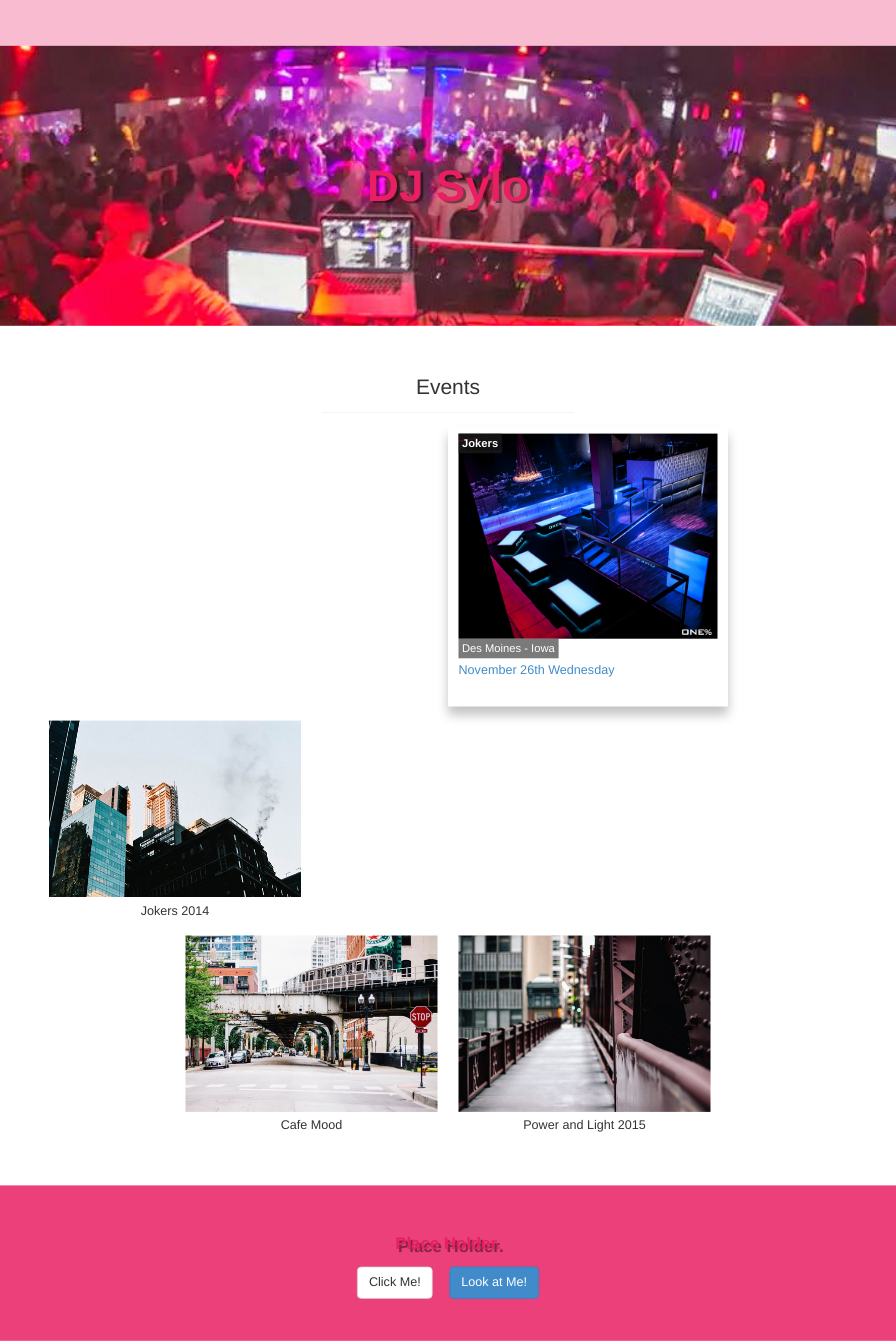
Repository: BambooXLotus/DjSylo
Page: client/index.html
The author's editor kept a record of every edit. The page is drawn from the files as they stood at one moment, then again after the next edit.
The browser window is 1280 px wide. The pictures show the part of the page from y = 1959 to 3879 px (the page is 4656 px tall), at 70% of full size.
Some icons come from a web library that is not loaded, so they are not drawn. Backgrounds fixed to the window are drawn as part of the page. Some web libraries are served in a nearby version.

Above is the page before.

### client/index.html
<!DOCTYPE html>
<html lang="en">

<head>
    <meta charset="utf-8">
    <meta name="viewport" content="width=device-width, initial-scale=1.0">
    <meta name="description" content="">
    <meta name="author" content="">
    <title>DJ Sylo</title>
    <!-- Bootstrap core CSS
        -->
    <link href="css/bootstrap.css" rel="stylesheet">
    <!-- Add custom CSS here -->
    <link href="css/stylish-portfolio.css" rel="stylesheet">
    <link href="//maxcdn.bootstrapcdn.com/font-awesome/4.1.0/css/font-awesome.min.css" rel="stylesheet">
    <link href="css/nanogallery.min.css" rel="stylesheet" type="text/css">
</head>

<body>
    <!-- Side Menu -->
    <nav class="navbar navbar-fixed-top navbar-inverse" role="navigation">
        <div class="container">
            <div class="navbar-header">
                <button type="button" class="navbar-toggle" data-toggle="collapse" data-target=".navbar-ex1-collapse">
                    <span class="sr-only">Toggle navigation</span>
                    <span class="icon-bar"></span>
                    <span class="icon-bar"></span>
                    <span class="icon-bar"></span>
                </button>
                <a class="navbar-brand" href="index.php">DJ <b>Sylo</b></a>
            </div>
            <!-- Collect the nav links, forms, and other content for toggling -->
            <div class="collapse navbar-collapse navbar-ex1-collapse">
                <ul class="nav navbar-nav">
                    <li>
                        <a href="#top">Home</a>
                    </li>
                    <li>
                        <a href="#about">Bio</a>
                    </li>
                    <li>
                        <a href="#gallery">Gallery</a>
                    </li>
                    <li>
                        <a href="#services">Services</a>
                    </li>
                    <li>
                        <a href="#portfolio">Events</a>
                    </li>
                    <li>
                        <a href="#portfolio">Discography</a>
                    </li>
                    <li>
                        <a href="#contact">Contact</a>
                    </li>
                </ul>
            </div>
            <!-- /.navbar-collapse -->
        </div>
        <!-- /.container -->
    </nav>
    <!-- /Side Menu -->
    <!-- Full Page Image Header Area -->
    <div id="top" class="header">
        <div class="vert-text">
            <div class="hero">
                <h1>DJ <b>Sylo</b></h1>
                <a href="#contact" class="btn btn-lg btn-default">Contact</a>
            </div>
        </div>
    </div>
    <!-- /Full Page Image Header Area -->
    <!-- Intro -->
    <div id="about" class="about">
        <div class="container">
            <div class="row">
                <div class="col-md-3 col-md-offset-1">
                    <img class="img-circle img-responsive circle-shadow" src="img/portrait-sm.jpg">
                </div>
                <div class="col-md-6 col-xs-12">
                    <div class="panel panel-default dialog">
                        <div class="panel-heading">
                            <h3>DJ Sylo</h3>
                        </div>
                        <div class="panel-body">
                            <h4>Kansas City, MO</h4>
                            <p>Style: Electronic, Pop, Hip hop.</p>
                            <p>Inpsirations: Calvin Harris, Zedd, Adventure CLub.</p>
                            <p>Musical flavor, stage presence, and a feel for the crowd, DJ Sylo's unique taste and style of music has touched dancefloors across Iowa, as well as the 2012 515 Alive electronic music festival. Sylo's presence is gaining notoriety
                                in both the club and the electronic dance music scene. Armed with her Numark NS7, DJ Sylo is now a member of iParty Crew's Sonic Crystals, a division created by Pri yon Joni; as well as a frequent booked artist by DJ Raj's
                                Eclipse Entertainment.</p>
                            <p>If you would like information on booking please contact me at <a href="sklovanrack@gmail.com">sklovanrack@gmail.com</a>
                            </p>
                        </div>
                    </div>
                </div>
            </div>
        </div>
    </div>
    <!-- /Intro -->
    <!-- Gallery -->
    <div id="gallery" class="gallery">
        <div class="container">
            <div class="row">
                <div class="col-md-6 col-md-offset-3 text-center">
                    <h2>Gallery</h2>
                </div>
            </div>
            <div class="row">
                <div class="col-md-10 col-md-offset-1 col-xs-12 text-center">
                    <div id="nanoGallery2"></div>
                </div>
            </div>
        </div>
    </div>
    <!-- /Gallery -->
    <!-- Services -->
    <div id="services" class="services">
        <div class="container">
            <div class="row">
                <div class="col-md-4 col-md-offset-4 text-center">
                    <h2>Our Services</h2>
                    <hr>
                </div>
            </div>
            <div class="row">
                <div class="col-md-offset-3 col-md-6">
                    <iframe width="100%" height="166" scrolling="no" frameborder="no" src="https://w.soundcloud.com/player/?url=https%3A//api.soundcloud.com/tracks/160960689&amp;color=ff5500&amp;auto_play=false&amp;hide_related=false&amp;show_comments=true&amp;show_user=true&amp;show_reposts=false"></iframe>
                </div>
            </div>
            <div class="row">
                <div class="col-md-2 col-md-offset-2 text-center">
                    <div class="service-item">
                        <i class="service-icon fa fa-rocket"></i>
                        <h4>Special Events</h4>
                        <p>6 hours of Djing, turn tables and sattelite speaker.</p>
                    </div>
                </div>
                <div class="col-md-2 text-center">
                    <div class="service-item">
                        <i class="service-icon fa fa-magnet"></i>
                        <h4>Problem Solving</h4>
                        <p>Need to know how magnets work? Our problem solving solutions team can help you identify problems and conduct exploratory research.</p>
                    </div>
                </div>
                <div class="col-md-2 text-center">
                    <div class="service-item">
                        <i class="service-icon fa fa-shield"></i>
                        <h4>Blacksmithing</h4>
                        <p>Planning a time travel trip to the middle ages? Preserve the space time continuum by blending in with period accurate armor and weapons.</p>
                    </div>
                </div>
                <div class="col-md-2 text-center">
                    <div class="service-item">
                        <i class="service-icon fa fa-pencil"></i>
                        <h4>Pencil Sharpening</h4>
                        <p>We've been voted the best pencil sharpening service for 10 consecutive years. If you have a pencil that feels dull, we'll get it sharp!</p>
                    </div>
                </div>
            </div>
        </div>
    </div>
    <!-- /Services -->
    <!-- Callout -->
    <div class="callout">
        <div class="vert-text">
            <h1>DJ Sylo</h1>
        </div>
    </div>
    <!-- /Callout -->
    <!-- Portfolio -->
    <div id="portfolio" class="portfolio">
        <div class="container">
            <div class="row">
                <div class="col-md-4 col-md-offset-4 text-center">
                    <h2>Events</h2>
                    <hr>
                </div>
            </div>
            <div class="row">
                <a class="col-md-4 col-md-offset-2">
                    <a class="panel card fixed-card">
                        <div class="panel-heading">
                            <h3 class="panel-title">Jokers</h3>
                            <img class="img-portfolio img-responsive" src="img/one-1.jpg">
                            <h4 class="panel-title">Des Moines - Iowa</h4>
                        </div>
                        <div class="panel-body">
                            <h4>November 26th Wednesday</h4>
                        </div>
                    </a>
                </a>
                <div class="col-md-4 text-center">
                    <div class="portfolio-item">
                        <a href="#">

                            <img class="img-portfolio img-responsive" src="img/portfolio-2.jpg">

                        </a>
                        <h4>Jokers 2014</h4>
                    </div>
                </div>
            </div>
            <div class="row">
                <div class="col-md-4 col-md-offset-2 text-center">
                    <div class="portfolio-item">
                        <a href="#">

                            <img class="img-portfolio img-responsive" src="img/portfolio-3.jpg">

                        </a>
                        <h4>Cafe Mood</h4>
                    </div>
                </div>
                <div class="col-md-4 text-center">
                    <div class="portfolio-item">
                        <a href="#">

                            <img class="img-portfolio img-responsive" src="img/portfolio-4.jpg">

                        </a>
                        <h4>Power and Light 2015</h4>
                    </div>
                </div>
            </div>
        </div>
    </div>
    <!-- /Portfolio -->
    <!-- Call to Action -->
    <div class="call-to-action">
        <div class="container">
            <div class="row">
                <div class="col-md-6 col-md-offset-3 text-center">
                    <h3>Place Holder.</h3>
                    <a href="#" class="btn btn-lg btn-default">Click Me!</a>
                    <a href="#" class="btn btn-lg btn-primary">Look at Me!</a>
                </div>
            </div>
        </div>
    </div>
    <!-- /Call to Action -->
    <!-- Map -->
    <div id="contact">
        <div class="container">
            <div class="row">
                <div class="col-md-6 col-md-offset-3">
                    <h3>Contact</h3>
                    <hr>
                    <address>
                            <strong>Email:</strong>
                            <a href="mailto:#">sklovanrack@gmail.com</a>
                            <br>
                            <br>
                            <strong>Phone:</strong>(515) 329-2323</address>
                </div>
            </div>
            <div>
                <div class="col-md-6 col-md-offset-3 contact-form">
                    <form id="contact" method="post" class="form" role="form">
                        <div class="row">
                            <div class="col-xs-6 col-md-6 form-group">
                                <input class="form-control" id="name" name="name" placeholder="Name" type="text" />
                            </div>
                            <div class="col-xs-6 col-md-6 form-group">
                                <input class="form-control" id="email" name="email" placeholder="Email" type="email" required />
                            </div>
                        </div>
                        <textarea class="form-control" id="message" name="message" placeholder="Message" rows="5"></textarea>
                        <br />
                        <div class="row">
                            <div class="col-xs-12 col-md-12 form-group">
                                <button class="btn btn-primary pull-right" type="submit">Submit</button>
                            </div>
                        </div>
                    </form>
                </div>
            </div>
        </div>
    </div>
    <!-- /Map -->
    <!-- Footer -->
    <footer>
        <div class="container">
            <div class="row">
                <div class="col-md-6 col-md-offset-3 text-center">
                    <ul class="list-inline">
                        <li>
                            <a class="fa fa-facebook fa-3x" href="https://www.facebook.com/DJSyloSonicCrystals"></a>
                        </li>
                        <li>
                            <i class="fa fa-twitter fa-3x"></i>
                        </li>
                        <li>
                            <i class="fa fa-instagram fa-3x"></i>
                        </li>
                        <li>
                            <a class="fa fa-soundcloud fa-3x" href="https://soundcloud.com/bambooproduction/sets"></a>
                        </li>
                    </ul>
                    <div class="top-scroll">
                        <a href="#top"><i class="fa fa-circle-arrow-up scroll fa-4x"></i></a>
                    </div>
                    <hr>
                    <p>Copyright &copy; Bamboo Lotus 2014</p>
                </div>
            </div>
        </div>
    </footer>
    <!-- /Footer -->
    <!-- JavaScript -->
    <script src="js/jquery-1.10.2.js"></script>
    <script src="js/bootstrap.js"></script>

    <!-- nanoGALLERY plugin files -->
    <script type="text/javascript" src="js/jquery.nanogallery.min.js"></script>
    <!-- Custom JavaScript for the Side Menu and Smooth Scrolling
        -->
    <script>
        $("#menu-close").click(function(e) {
            e.preventDefault();
            $("#sidebar-wrapper").toggleClass("active");
        });
    </script>
    <script>
        $("#menu-toggle").click(function(e) {
            e.preventDefault();
            $("#sidebar-wrapper").toggleClass("active");
        });
    </script>
    <script>
        $(function() {
            $('a[href*=#]:not([href=#])').click(function() {
                if (location.pathname.replace(/^\//, '') == this.pathname.replace(/^\//, '') || location.hostname == this.hostname) {

                    var target = $(this.hash);
                    target = target.length ? target : $('[name=' + this.hash.slice(1) + ']');
                    if (target.length) {
                        $('html,body').animate({
                            scrollTop: target.offset().top
                        }, 1000);
                        return false;
                    }
                }
            });

            $("#nanoGallery2").nanoGallery({
                thumbnailWidth: 'auto',
                thumbnailHeight: 200,
                userID: 'derensomsanith@gmail.com',
                kind: 'picasa',
                album: '6020738059883313137',
                colorSchemeViewer: 'light',
                thumbnailHoverEffect: [{
                    name: 'labelAppear75',
                    duration: 300
                }],
                thumbnailGutterWidth: 1,
                thumbnailGutterHeight: 1,
                i18n: {
                    thumbnailImageDescription: 'View Photo',
                    thumbnailAlbumDescription: 'Open Album'
                },
                thumbnailLabel: {
                    display: true,
                    position: 'overImageOnMiddle',
                    align: 'center'
                },
                photoSorting: 'random',
                lazyBuild: 'none',
                lazyBuildTreshold: 300
            });
        });

        (function(i, s, o, g, r, a, m) {
            i['GoogleAnalyticsObject'] = r;
            i[r] = i[r] || function() {
                (i[r].q = i[r].q || []).push(arguments)
            }, i[r].l = 1 * new Date();
            a = s.createElement(o),
                m = s.getElementsByTagName(o)[0];
            a.async = 1;
            a.src = g;
            m.parentNode.insertBefore(a, m)
        })(window, document, 'script', '//www.google-analytics.com/analytics.js', 'ga');

        ga('create', 'UA-56532059-1', 'auto');
        ga('send', 'pageview');
    </script>
</body>

</html>

### client/css/stylish-portfolio.css
/* Global Styles */

html,
body {
  height: 100%;
  width: 100%;
}
h1 {
  color: #e91e63;
  text-shadow: 4px 4px 1px rgba(0, 0, 0, 0.45);
}
h3 {
  color: #e91e63;
  text-shadow: 4px 4px 1px rgba(0, 0, 0, 0.45);
  font-weight: bold;
}
.vert-text {
  display: table-cell;
  vertical-align: middle;
  text-align: center;
}
.vert-text h1 {
  padding: 0;
  margin: 0;
  font-size: 4.5em;
  font-weight: 700;
}
/* Side Menu */

#sidebar-wrapper {
  margin-right: -250px;
  right: 0;
  width: 250px;
  background: #000;
  position: fixed;
  height: 100%;
  overflow-y: auto;
  z-index: 1000;
  -webkit-transition: all 0.4s ease 0s;
  -moz-transition: all 0.4s ease 0s;
  -ms-transition: all 0.4s ease 0s;
  -o-transition: all 0.4s ease 0s;
  transition: all 0.4s ease 0s;
}
.sidebar-nav {
  position: absolute;
  top: 0;
  width: 250px;
  list-style: none;
  margin: 0;
  padding: 0;
}
.sidebar-nav li {
  line-height: 40px;
  text-indent: 20px;
}
.sidebar-nav li a {
  color: #999999;
  display: block;
  text-decoration: none;
}
.sidebar-nav li a:hover {
  color: #fff;
  background: rgba(255, 255, 255, 0.2);
  text-decoration: none;
}
.sidebar-nav li a:active,
.sidebar-nav li a:focus {
  text-decoration: none;
}
.sidebar-nav > .sidebar-brand {
  height: 55px;
  line-height: 55px;
  font-size: 18px;
}
.sidebar-nav > .sidebar-brand a {
  color: #999999;
}
.sidebar-nav > .sidebar-brand a:hover {
  color: #fff;
  background: none;
}
#menu-toggle {
  top: 0;
  right: 0;
  position: fixed;
  z-index: 1;
}
#sidebar-wrapper.active {
  right: 250px;
  width: 250px;
  -webkit-transition: all 0.4s ease 0s;
  -moz-transition: all 0.4s ease 0s;
  -ms-transition: all 0.4s ease 0s;
  -o-transition: all 0.4s ease 0s;
  transition: all 0.4s ease 0s;
}
.toggle {
  margin: 5px 5px 0 0;
}
/* Full Page Image Header Area */

.header {
  display: table;
  height: 100%;
  width: 100%;
  position: relative;
  background: url(../img/DJSyloJumbotron.jpeg) no-repeat center center fixed;
  -webkit-background-size: cover;
  -moz-background-size: cover;
  -o-background-size: cover;
  background-size: cover;
}
/* Intro */

.intro {
  padding: 50px 0;
}
/* About */

.about {
  background: #f8bbd0;
  padding: 50px 0;
}
/* Services */

.services {
  background: #f8bbd0;
  padding: 50px 0;
  color: #ffffff;
}
.service-item {
  margin-bottom: 15px;
}
i.service-icon {
  border: 3px solid #ffffff;
  border-radius: 50%;
  display: inline-block;
  font-size: 56px;
  width: 140px;
  height: 140px;
  line-height: 136px;
  vertical-align: middle;
  text-align: center;
}
/* Callout */

.callout {
  color: #ffffff;
  display: table;
  height: 400px;
  width: 100%;
  background: url(../img/callout_DJSylo.jpeg) no-repeat center center fixed;
  -webkit-background-size: cover;
  -moz-background-size: cover;
  -o-background-size: cover;
  background-size: cover;
}
/* Portfolio */

.portfolio {
  padding: 50px 0;
}
.portfolio-item {
  margin-bottom: 25px;
}
.img-portfolio {
  margin: 0 auto;
}
/* Call to Action */

.call-to-action {
  color: #ffffff;
  background: #ec407a;
  padding: 50px 0;
}
.call-to-action .btn {
  margin: 10px;
}
/* Map */

.map {
  height: 500px;
}
/* Footer */

footer {
  padding: 100px 0;
}
.top-scroll {
  margin-top: 50px;
}
.top-scroll a {
  text-decoration: none;
  color: inherit;
}
i.scroll {
  color: #333333;
}
i.scroll:hover {
  color: #0a5175;
}
/* Responsive */

@media (max-width: 768px) {
  .header {
    background: url(../img/DJSyloJumbotron.jpeg) no-repeat center center scroll;
  }
  .callout {
    background: url(../img/callout_DJSylo.jpeg) no-repeat center center scroll;
  }
  .map {
    height: 75%;
  }
}
html,
body {
  height: 100%;
}
.carousel,
.item,
.active {
  height: 100%;
}
.carousel-inner {
  height: 100%;
}
.fill {
  width: 100%;
  height: 100%;
  background-position: center;
  background-size: cover;
}
/* faster sliding speed */

.carousel-inner > .item {
  -webkit-transition: 0.3s ease-in-out left;
  -moz-transition: 0.3s ease-in-out left;
  -o-transition: 0.3s ease-in-out left;
  transition: 0.3s ease-in-out left;
}
/* keep full widget on smaller screens */

@media (max-width: 767px) {
  body {
    padding-left: 0;
    padding-right: 0;
  }
}
#galleryContainer {
  background: #DDD;
  max-width: 1000px;
  max-height: 500px;
}
.item img {
  width: 50%;
}
.item.w2 {
  width: 25%;
}

.circle-shadow{
      box-shadow: 0 19px 38px rgba(0,0,0,0.30);
}

    /* Card, Dialog */
    .card, .dialog {
      border-radius: 2px;
      border: 0px;
      position: relative;
      display: inline-block;
      vertical-align: top;
      background-color: #fff;
      box-shadow: 0 12px 15px 0 rgba(0, 0, 0, 0.24);
    }

    .fixed-card{
      width: 400px;
      height: 400px;
    }

    .panel:hover .panel-title {
    background: #e91e63;
}

    .panel-title {
    position: absolute;
    background: rgba(34, 34, 34, 0.6);
    color: White;
    padding: 5px;
    z-index: 3;
    -webkit-transition: all .6s ease-in-out;
    -moz-transition: all .6s ease-in-out;
    -o-transition: all .6s ease-in-out;
    -ms-transition: all .6s ease-in-out;
    transition: all .6s ease-in-out;
}

.panel-default > .panel-heading {
    border-radius: 0;
    background: transparent;
}

.card-heading {
    border-radius: 0;
    background: transparent;
    overflow: hidden;
    padding: 0px;
    border-bottom: 0px;
}

.stickyBottom {
    position: absolute;
    bottom: 0;
    left: 0;
}

Loaded but not shown: client/css/bootstrap.css (library); client/css/nanogallery.min.css (library); client/js/jquery-1.10.2.js (library); client/js/bootstrap.js (library); client/js/jquery.nanogallery.min.js (library)

After the next edit:
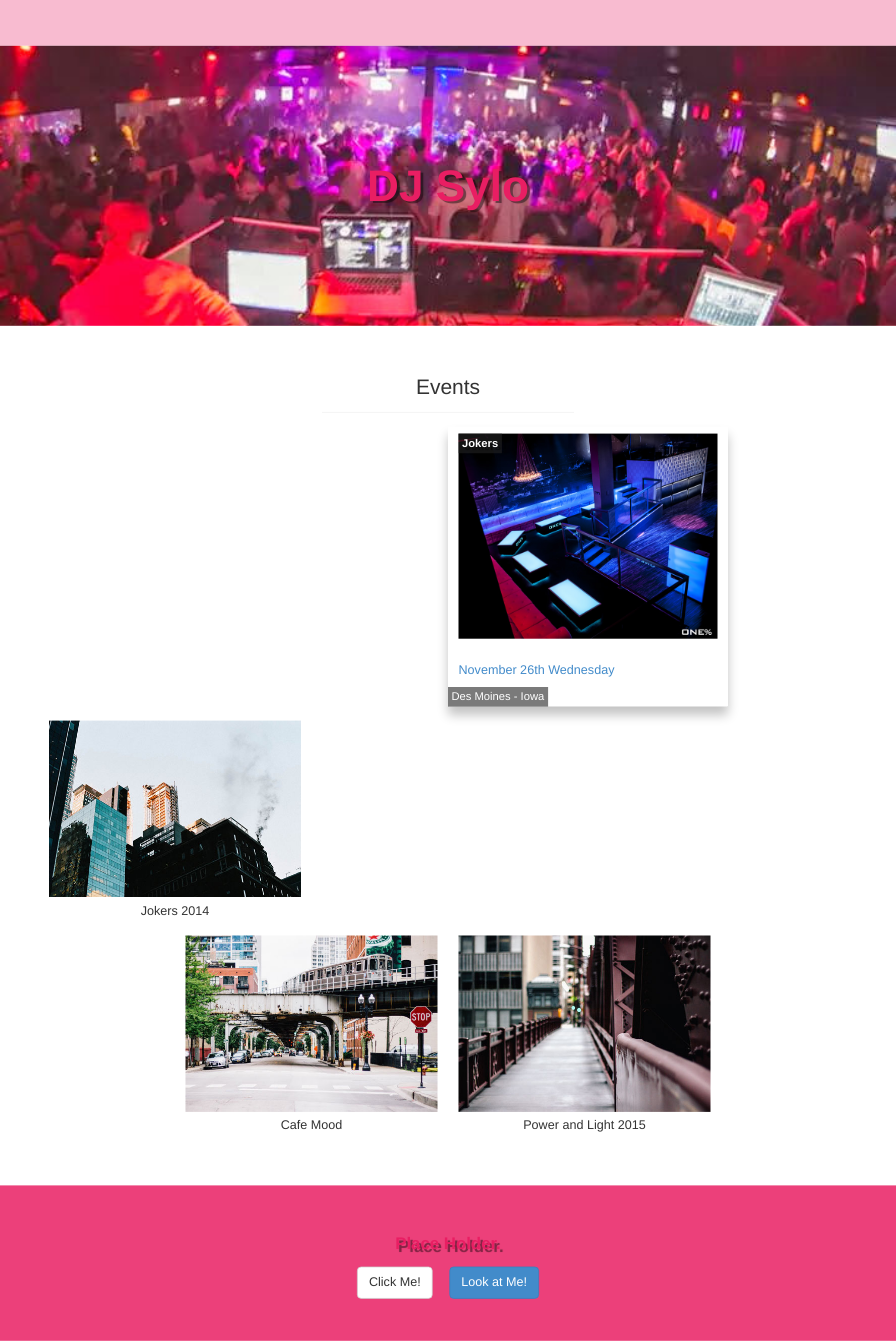
The edit:
--- a/client/index.html
+++ b/client/index.html
@@ -182,8 +182,8 @@
                     <a class="panel card fixed-card">
                         <div class="panel-heading">
                             <h3 class="panel-title">Jokers</h3>
+                            <h4 class="panel-title stickyBottom">Des Moines - Iowa</h4>
                             <img class="img-portfolio img-responsive" src="img/one-1.jpg">
-                            <h4 class="panel-title">Des Moines - Iowa</h4>
                         </div>
                         <div class="panel-body">
                             <h4>November 26th Wednesday</h4>
